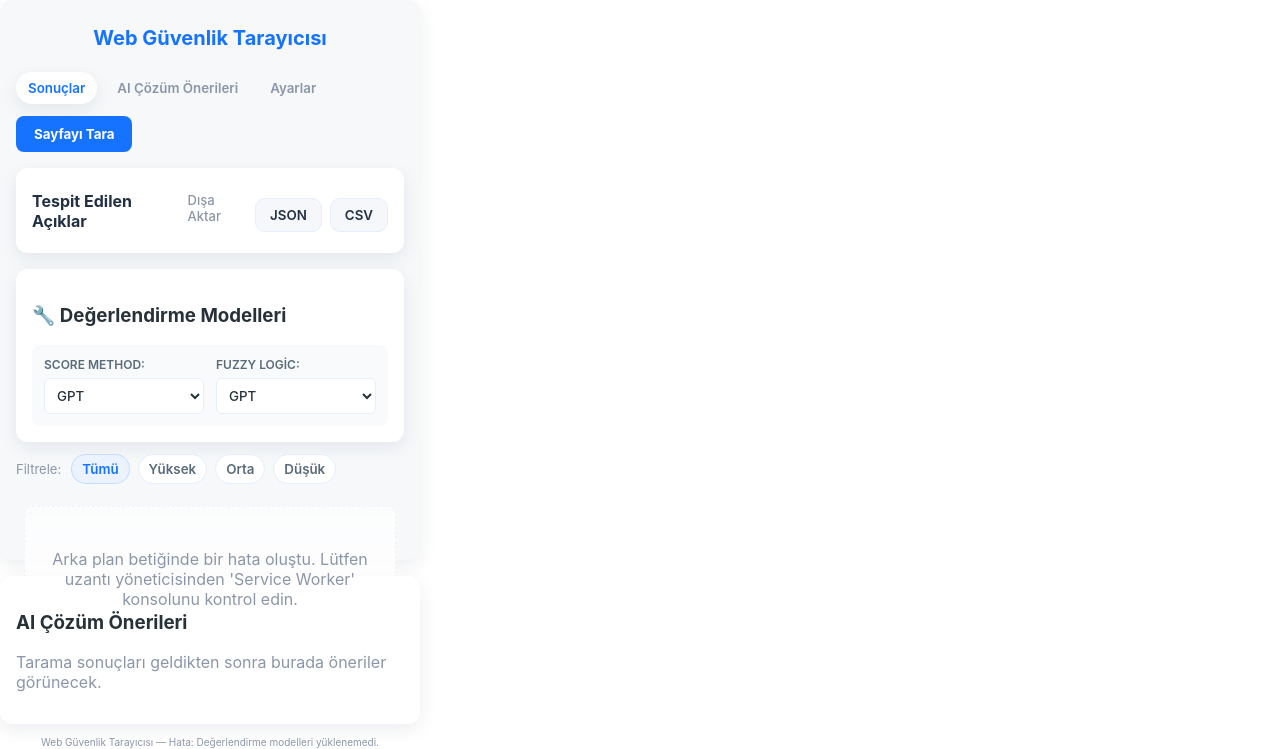
Repository: seliinduru/chrome-vuln-scanner
Page: popup.html
These files come from the project's save history. The page is drawn as it stood at one moment and after the next save; the edit follows.
The browser window is 1280 px wide. The pictures show the whole page.

Above is the page before, as saved 2025-11-05 17:57:14.

After the next save:
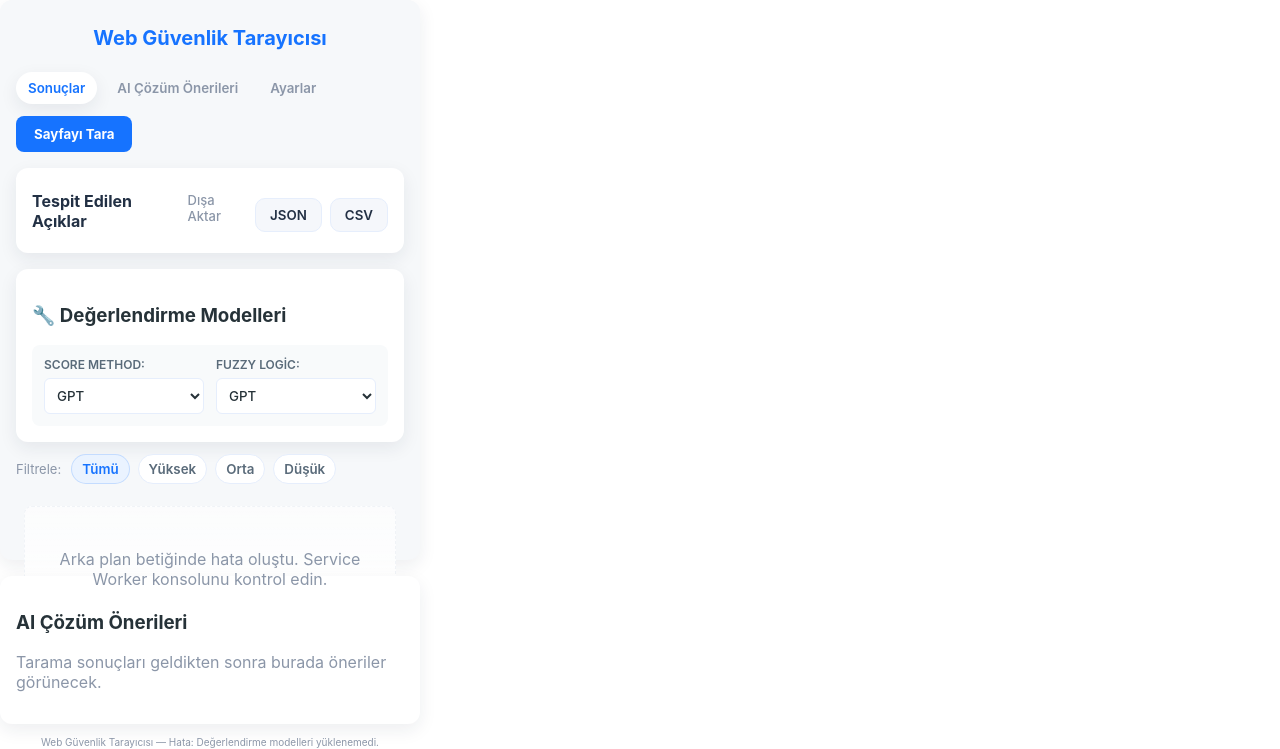
Saved 3 min 10 s later.
--- a/popup.js
+++ b/popup.js
@@ -1,10 +1,7 @@
-// popup.js - EN SAĞLAM VE HATAYA DAYANIKLI SON VERSİYON
+// popup.js - NİHAİ, TEMİZ VE UYUMLU VERSİYON
 
 document.addEventListener('DOMContentLoaded', () => {
 
-    // =========================================================================
-    // GLOBAL STATE & DOM ELEMENTS
-    // =========================================================================
     let currentVulns = [];
     let currentFilter = 'all';
     let selectedModels = { scoreMethod: 'gpt', fuzzyLogic: 'gpt' };
@@ -18,9 +15,6 @@ document.addEventListener('DOMContentLoaded', () => {
     const scoreMethodSelect = document.getElementById('scoreMethodSelect');
     const fuzzyLogicSelect = document.getElementById('fuzzyLogicSelect');
 
-    // =========================================================================
-    // HELPER FUNCTIONS
-    // =========================================================================
     const setStatus = (message) => {
         if (statusText) statusText.textContent = message;
     };
@@ -30,9 +24,6 @@ document.addEventListener('DOMContentLoaded', () => {
         return vulns.filter(v => (v.severity || 'medium').toLowerCase() === currentFilter);
     };
 
-    // =========================================================================
-    // SCORE & FUZZY LOGIC ENGINES (GÜVENLİ VERSİYON)
-    // =========================================================================
     const ScoreCalculator = {
         calculateScore: (vuln, config, modelName) => {
             if (!config || !config.typeWeights) return 50;
@@ -80,9 +71,6 @@ document.addEventListener('DOMContentLoaded', () => {
         }
     };
 
-    // =========================================================================
-    // CORE LOGIC & RENDERING
-    // =========================================================================
     const generateHybridResults = () => {
         if (!fuzzyLogicConfig || !scoreMethods) return;
         const scoreConfig = scoreMethods.llmModels[selectedModels.scoreMethod];
@@ -101,7 +89,7 @@ document.addEventListener('DOMContentLoaded', () => {
         if (!vulnList) return;
         if (!fuzzyLogicConfig || !scoreMethods) {
             setStatus("Hata: Değerlendirme modelleri yüklenemedi.");
-            vulnList.innerHTML = `<div class="empty-state"><p>Arka plan betiğinde bir hata oluştu. Lütfen uzantı yöneticisinden 'Service Worker' konsolunu kontrol edin.</p></div>`;
+            vulnList.innerHTML = `<div class="empty-state"><p>Arka plan betiğinde hata oluştu. Service Worker konsolunu kontrol edin.</p></div>`;
             return;
         }
         generateHybridResults();
@@ -127,11 +115,8 @@ document.addEventListener('DOMContentLoaded', () => {
         setStatus(`Tarama tamamlandı — ${filteredVulns.length} açık bulundu`);
     };
 
-    // =========================================================================
-    // COMMUNICATION & INITIALIZATION
-    // =========================================================================
     const startScan = async () => {
-        if (isScanning) return;
+        if (isScanning || !fuzzyLogicConfig) return; // Modeller yüklenmediyse taramayı başlatma
         isScanning = true;
         scanBtn.disabled = true;
         scanBtn.textContent = 'Taranıyor...';
@@ -140,7 +125,13 @@ document.addEventListener('DOMContentLoaded', () => {
             const [tab] = await chrome.tabs.query({ active: true, currentWindow: true });
             if (!tab || !tab.id) throw new Error("Aktif sekme bulunamadı.");
             await chrome.scripting.executeScript({ target: { tabId: tab.id }, files: ['content.js'] });
+
+            // content.js'in yüklenmesi için kısa bir bekleme ekleyelim
+            await new Promise(resolve => setTimeout(resolve, 100));
+
             const response = await chrome.tabs.sendMessage(tab.id, { action: 'scanPage' });
+            // Arka plana da sonuçları gönderelim (isteğe bağlı)
+            chrome.runtime.sendMessage({ action: 'vulnerabilitiesDetected', vulnerabilities: response?.vulnerabilities || [] });
             currentVulns = response?.vulnerabilities || [];
         } catch (error) {
             console.error('Tarama hatası:', error.message);
@@ -156,10 +147,9 @@ document.addEventListener('DOMContentLoaded', () => {
 
     const loadInitialData = async () => {
         try {
-            const [fuzzyRes, scoreRes, vulnsRes] = await Promise.all([
+            const [fuzzyRes, scoreRes] = await Promise.all([
                 chrome.runtime.sendMessage({ action: "getFuzzyLogic" }),
-                chrome.runtime.sendMessage({ action: "getScoreMethods" }),
-                chrome.runtime.sendMessage({ action: "getVulns" })
+                chrome.runtime.sendMessage({ action: "getScoreMethods" })
             ]);
 
             if (fuzzyRes?.error) throw new Error(fuzzyRes.error);
@@ -167,29 +157,27 @@ document.addEventListener('DOMContentLoaded', () => {
 
             fuzzyLogicConfig = fuzzyRes?.fuzzyLogic;
             scoreMethods = scoreRes?.scoreMethods;
-            currentVulns = vulnsRes?.vulnerabilities || [];
-
-            if (fuzzyLogicConfig) {
-                 Object.keys(fuzzyLogicConfig.llmModels).forEach(key => fuzzyLogicSelect.add(new Option(key.toUpperCase(), key)));
-                 fuzzyLogicSelect.value = selectedModels.fuzzyLogic;
-            }
-            if (scoreMethods) {
-                 Object.keys(scoreMethods.llmModels).forEach(key => scoreMethodSelect.add(new Option(key.toUpperCase(), key)));
-                 scoreMethodSelect.value = selectedModels.scoreMethod;
+
+            if (fuzzyLogicConfig && scoreMethods) {
+                Object.keys(fuzzyLogicConfig.llmModels).forEach(key => fuzzyLogicSelect.add(new Option(key.toUpperCase(), key)));
+                fuzzyLogicSelect.value = selectedModels.fuzzyLogic;
+                Object.keys(scoreMethods.llmModels).forEach(key => scoreMethodSelect.add(new Option(key.toUpperCase(), key)));
+                scoreMethodSelect.value = selectedModels.scoreMethod;
+                scanBtn.disabled = false; // Modeller yüklendi, tarama butonu aktif
+            } else {
+                throw new Error("Yapılandırma dosyaları boş veya hatalı geldi.");
             }
         } catch (error) {
             console.error("Başlangıç verileri yüklenemedi (popup.js):", error.message);
             setStatus(`Hata: ${error.message}`);
-            fuzzyLogicConfig = null;
-            scoreMethods = null;
+            scanBtn.disabled = true; // Hata durumunda tarama butonunu devre dışı bırak
         } finally {
             renderVulns();
         }
     };
 
-    // =========================================================================
     // EVENT LISTENERS & INITIAL LOAD
-    // =========================================================================
+    scanBtn.disabled = true; // Başlangıçta buton kapalı
     scanBtn.addEventListener('click', startScan);
     scoreMethodSelect.addEventListener('change', () => { selectedModels.scoreMethod = scoreMethodSelect.value; renderVulns(); });
     fuzzyLogicSelect.addEventListener('change', () => { selectedModels.fuzzyLogic = fuzzyLogicSelect.value; renderVulns(); });
